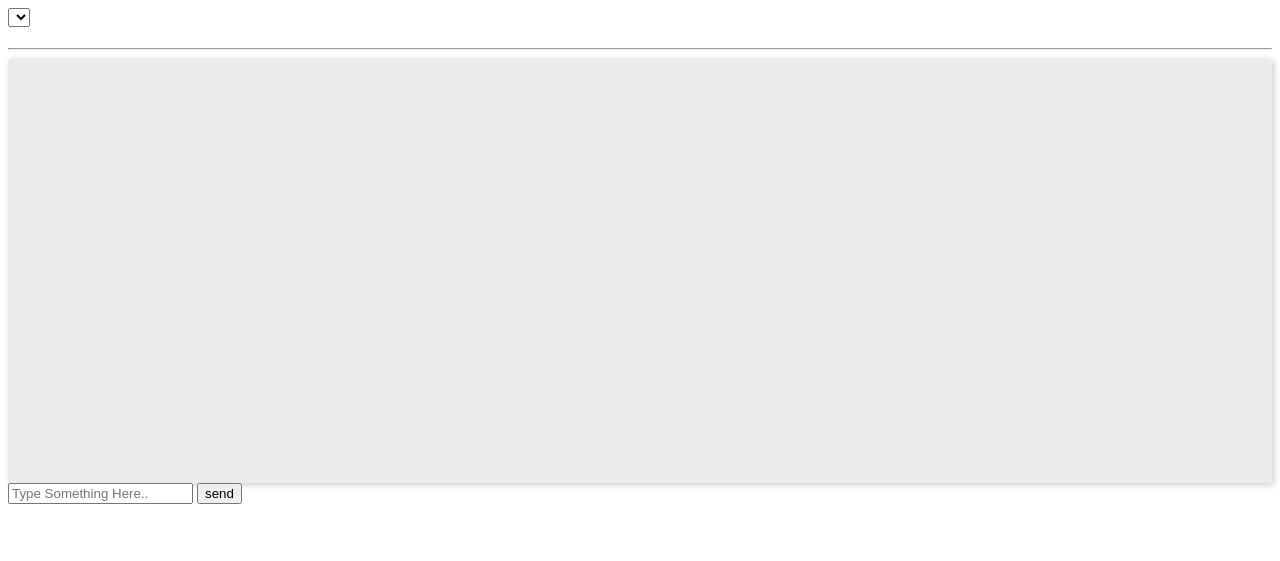
Repository: praveenshetg/GOLDEN-ROD
Page: Duolingo/papi-front/WebContent/view/chatScreen.html
These files come from the project's save history. The page is drawn as it stood at one moment and after the next save; the edit follows.
The browser window is 1280 px wide. The pictures show the whole page.

Above is the page before, as saved 2018-05-07 19:06:35.
Console error: ReferenceError: $ is not defined

After the next save:
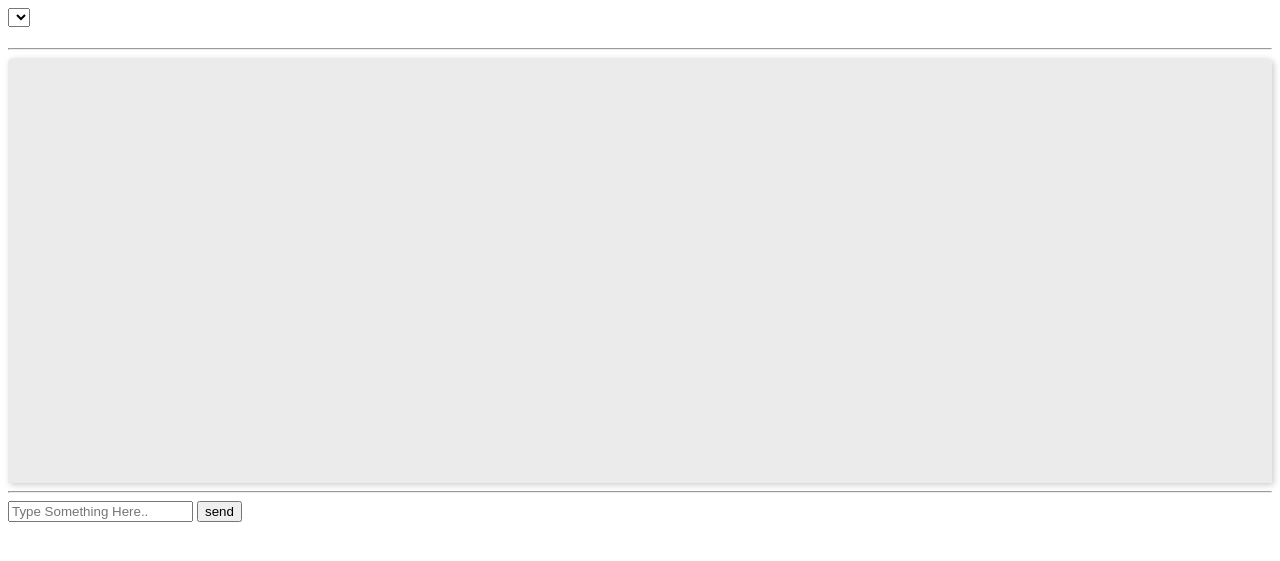
Saved 19 s later.
--- a/Duolingo/papi-front/WebContent/view/chatScreen.html
+++ b/Duolingo/papi-front/WebContent/view/chatScreen.html
@@ -89,7 +89,7 @@
 			<hr>
 
 <div id="chatList"></div>
-<!-- 			<hr> -->
+		<hr>
 			<form action="" id="chat_form" class="ch-form">
 
 				<input type="text" id="user-msg" name="group-name" class="w-100 "
